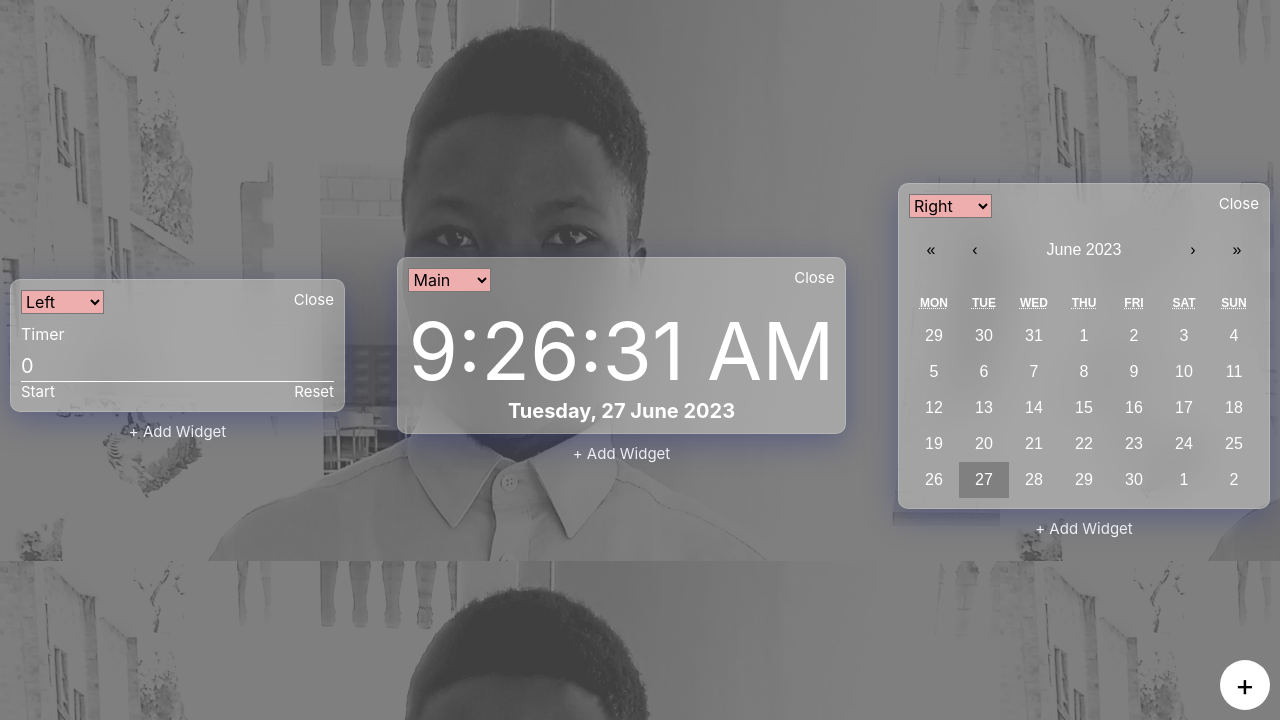
Repository: Angera-Silas/Planner-app
Page: /
An editor plug-in stored every save of this project. The page is shown before and after the next save, followed by the edit.
The browser window is 1280 px wide. The pictures show the whole page.
The project was rebuilt for these pictures with package versions that can differ from the ones it lists, and the page was loaded fresh each time. Also part of the build but not shown: src/widgets/ReminderListWidget.js, src/modals/WidgetGalleryModal.js.

Above is the page before, as saved 2023-06-27 16:26:51.

### src/index.css
body {
  margin: 0;
  font-family: -apple-system, BlinkMacSystemFont, 'Segoe UI', 'Roboto', 'Oxygen',
    'Ubuntu', 'Cantarell', 'Fira Sans', 'Droid Sans', 'Helvetica Neue',
    sans-serif;
  -webkit-font-smoothing: antialiased;
  -moz-osx-font-smoothing: grayscale;
}

code {
  font-family: source-code-pro, Menlo, Monaco, Consolas, 'Courier New',
    monospace;
}
*,
*::before,
*::after {
 box-sizing: border-box;
}

img,
svg,
video,
canvas,
audio,
iframe,
embed,
object {
 display: block;
 max-width: 100%;
}

input,
button,
textarea,
select {
 font: inherit;
 color: black;
}

* {
 margin: 0;
 padding: 0;
 box-sizing: border-box;
 font: inherit;
 color: white;
}

/* width */
::-webkit-scrollbar {
 width: 10px;
}

/* Track */
::-webkit-scrollbar-track {
 background: #363636;
}

/* Handle */
::-webkit-scrollbar-thumb {
 background: #777;
}

/* Handle on hover */
::-webkit-scrollbar-thumb:hover {
 background: #1e1e1e;
}

### src/App.js
import React, { useState } from 'react';
import './App.css';
import ClockWidget from './widgets/ClockWidget';
import WidgetGalleryModal from './modals/WidgetGalleryModal';
import Draggable from 'react-draggable';
import TimerWidget from './widgets/TimerWidget';
import CalendarWidget from './widgets/CalendarWidget';
import MyCustomWidget from './widgets/MyCustomWidget';

function App() {
 const [widgets, setWidgets] = useState([
  { id: new Date().getTime(), component: <ClockWidget />, area: 'main-widget', name: "Date and Time" },
  { id: new Date().getTime() + 2, component: <CalendarWidget />, area: 'right-widget', name: "Calendar" },
  { id: new Date().getTime() + 1, component: <TimerWidget />, area: 'left-widget', name:"Timer" },
  { id: new Date().getTime(),component: <MyCustomWidget/>,area:'main'}
 ])
 const [showWidgetModal, setShowWidgetModal] = useState(false)
 const [selectedWidgetArea, setSelectedWidgetArea] = useState('')

 const removeWidget = (index) => {
  try {
   setWidgets(widgets.filter(widget => widget.id !== index))
  } catch (error) {
   console.log(error)
  }
 }

 return (
  <>
   {showWidgetModal && <WidgetGalleryModal setShowWidgetModal={setShowWidgetModal} selectedWidgetArea={selectedWidgetArea} widgets={widgets} setWidgets={setWidgets} />}
   <div className="add-button"
    onClick={() => {
     console.log('add button clicked')
     setShowWidgetModal(true)
     setSelectedWidgetArea('none-widget')
    }}
   >
    <p
     className='add-widget-button'
     style={{ background: "none", border: "none", color: "black", fontSize: "30px", cursor: "pointer", backgroundColor: "white", borderRadius: "50%", width: "50px", display: "flex", justifyContent: "center", alignItems: "center", height: "50px", position: "fixed", bottom: "10px", right: "10px" }}
    >+</p>
   </div>
   <div className='none-widget' >
    {widgets.length > 0 && widgets.map((widget, index) => {
     if (widget.area === 'none-widget') {
      return (
       <Draggable>
            <div style={{ padding: 10,}} className='widget-container' >
             <div style={{ marginBottom: 10 }}>
              <select value={widget.area}
               onChange={(e) => {
                let widgetList = [...widgets]
                widgetList[index].area = e.target.value
                setWidgets(widgetList)
               }}
              >
               <option value="none-widget">Floating</option>
               <option value="left-widget">Left</option>
               <option value="main-widget">Main</option>
               <option value="right-widget">Right</option>
              </select>
              <button
               onClick={() => {
                removeWidget(widget.id)
               }}
               style={{ background: "none", border: "none", color: "white", fontSize: "15px", cursor: "pointer", float: "right" }}
              >Close</button>
             </div>
             {widget.component}
            </div>
       </Draggable>
      )
     }
    })}
   </div>
   <div className="App">
    <div className="container">
     <div className='left-widget'>
      {widgets.length > 0 && widgets.map((widget, index) => {
       if (widget.area === 'left-widget') {
        return (
         <div style={{ padding: 10,}} className='widget-container'>
          <div style={{ marginBottom: 10 }}>
           <select value={widget.area}
            onChange={(e) => {
             let widgetList = [...widgets]
             widgetList[index].area = e.target.value
             setWidgets(widgetList)
            }}
           >
            <option value="none-widget">Floating</option>
            <option value="left-widget">Left</option>
            <option value="main-widget">Main</option>
            <option value="right-widget">Right</option>
           </select>
           <button
            onClick={() => {
             removeWidget(widget.id)
            }}
            style={{ background: "none", border: "none", color: "white", fontSize: "15px", cursor: "pointer", float: "right" }}
           >Close</button>
          </div>
          {widget.component}
         </div>
        )
       }
      })}
      {widgets.filter(widget => widget.area === 'left-widget').length < 3 && widgets.filter(widget => widget.area === 'left-widget').length > 0 &&
       <button
        className='add-widget-button'
        onClick={() => {
         setShowWidgetModal(true)
         setSelectedWidgetArea('left-widget')
        }}>+ Add Widget</button>
      }
     </div>
     <div className='main-widget'>
      {widgets.length > 0 && widgets.map((widget, index) => {
       if (widget.area === 'main-widget') {
        return (
         <div style={{ padding: 10,}} className='widget-container' >
          <div style={{ marginBottom: 10 }}>
           <select value={widget.area}
            onChange={(e) => {
             let widgetList = [...widgets]
             widgetList[index].area = e.target.value
             setWidgets(widgetList)
            }}
           >
            <option value="none-widget">Floating</option>
            <option value="left-widget">Left</option>
            <option value="main-widget">Main</option>
            <option value="right-widget">Right</option>
           </select>
           <button
            onClick={() => {
             removeWidget(widget.id)
            }}
            style={{ background: "none", border: "none", color: "white", fontSize: "15px", cursor: "pointer", float: "right" }}
           >Close</button>
          </div>
          {widget.component}
         </div>
        )
       }
      })}
      {widgets.filter(widget => widget.area === 'main-widget').length < 2 &&
       <button
        className='add-widget-button'
        onClick={() => {
         setShowWidgetModal(true)
         setSelectedWidgetArea('main-widget')
        }}>+ Add Widget</button>
      }
     </div>
     <div className='right-widget'>
      {widgets.length > 0 && widgets.map((widget, index) => {
       if (widget.area === 'right-widget') {
        return (
         <div style={{ padding: 10,}} className='widget-container'>
          <div style={{ marginBottom: 10 }}>
           <select value={widget.area}
            onChange={(e) => {
             let widgetList = [...widgets]
             widgetList[index].area = e.target.value
             setWidgets(widgetList)
            }}
           >
            <option value="none-widget">Floating</option>
            <option value="left-widget">Left</option>
            <option value="main-widget">Main</option>
            <option value="right-widget">Right</option>
           </select>
           <button
            onClick={() => {
             removeWidget(widget.id)
            }}
            style={{ background: "none", border: "none", color: "white", fontSize: "15px", cursor: "pointer", float: "right" }}
           >Close</button>
          </div>
          {widget.component}
         </div>
        )
       }
      })}
      {widgets.filter(widget => widget.area === 'right-widget').length < 3 && widgets.filter(widget => widget.area === 'right-widget').length > 0 &&
       <button
        className='add-widget-button'
        onClick={() => {
         setShowWidgetModal(true)
         setSelectedWidgetArea('right-widget')
        }}>+ Add Widget</button>
      }
     </div>
    </div>
   </div>
  </>
 )
}

export default App;

### src/App.css
.App {
  background: url("background.jpg");
  height: 100vh;
  display: flex;
  justify-content: flex-start;
  align-items: center;

}

.container {
  display: flex;
  flex-direction: row;
  align-items: flex-start;
  justify-content: space-between;
  gap: 10px;
  width: 100vw;
  padding: 10px;
  max-height: 100vh;
  height: 100%;

}

.item {
  background-color: rgba(255, 255, 255, 0.8);
  border: 1px solid rgba(0, 0, 0);
  padding: 20px;
  font-size: 30px;
  text-align: center;
}

.time {
  font-size: 80px;
  color: white;
  text-align: center;
}

.date {
  font-size: 20px;
  color: white;
  text-align: center;
  font-weight: bold;
}

.add-widget-button {
  background-color: transparent;
  color: white;
  border: none;
  font-size: 15px;
  text-align: center;
  cursor: pointer;
}

.add-widget-button:hover {
  color: #1e1e1e;
}

.right-widget,
.left-widget,
.main-widget {
  display: flex;
  justify-content: center;
  align-items: center;
  flex-direction: column;
  gap: 10px;
  height: 100%;
  max-width: 500px;
}

.none-widget {
  position: fixed;
  /* height: 100vh;
  width: 100vw; */
  top: 0px;
  left: 0px;
}

select {
 background-color: #efaeae;
}

/* Modal */
.modal {
  position: fixed;
  z-index: 1;
  padding-top: 100px;
  left: 0;
  top: 0;
  width: 100vw;
  height: 100vh;
  overflow: auto;
  background-color: rgb(0, 0, 0, 0.4);
}

.modal-content {
  background-color: #183A37;
  margin: auto;
  padding: 20px;
  width: 50%;
  max-height: 50vh;
  overflow: scroll;
}

.modal-header {
  display: flex;
  justify-content: space-between;
  align-items: flex-start;
}

.modal-header h2 {
  color: white;
  font-weight: bold;
  font-size: 25px;
}

.row {
  display: flex;
  justify-content: space-between;
  align-items: center;
  gap: 10px;
}

.widget-gallery-item {
  color: black;
  border: 1px solid white;
  padding: 10px;
  margin-bottom: 10px;
}

.text-input {
  outline: none;
  border: none;
  border-bottom: 1px solid white;
  width: 100%;
  background-color: transparent;
  color: white;
  font-size: 20px;
  margin-top: 10px;
  padding-bottom: 3px;
}

.widget-container {
  background: rgba(255, 255, 255, 0.3);
  box-shadow: 0 8px 32px 0 rgba(31, 38, 135, 0.37);
  backdrop-filter: blur(20px);
  -webkit-backdrop-filter: blur(20px);
  border-radius: 10px;
  border: 1px solid rgba(255, 255, 255, 0.18);

}

.widget-gallery-item-name{
  font-size: 20px;
  font-weight: bold;
  margin-bottom: 10px;
}

### src/widgets/ClockWidget.js
import React, { useEffect, useState } from 'react'

export default function ClockWidget() {
  const [time, setTime] = useState(new Date().toLocaleTimeString())
  const [date, setDate] = useState(new Date())
  useEffect(() => {
    const interval = setInterval(() => {
      setTime(new Date().toLocaleTimeString())
      setDate(new Date())
    }, 1000)
    return () => clearInterval(interval)
  }, [])

  const tidyDate = (date) => {
    const dateArray = date
    const day = dateArray.getDay()
    const dateNumber = dateArray.getDate()
    const month = dateArray.getMonth() + 1
    const year = dateArray.getFullYear()

    const days = ['Sunday', 'Monday', 'Tuesday', 'Wednesday', 'Thursday', 'Friday', 'Saturday']
    const months = ['January', 'February', 'March', 'April', 'May', 'June', 'July', 'August', 'September', 'October', 'November', 'December']

    return `${days[day]}, ${dateNumber} ${months[month - 1]} ${year}`

  }

  return (
    <div>
      <p className='time'>{time}</p>
      <p className='date'>{tidyDate(date)}</p>
    </div>
  )
}

### src/widgets/TimerWidget.js
import React, { useEffect, useState } from 'react'

export default function TimerWidget() {
  const [timerListData, setTimerListData] = useState({
    time: 0,
    isRunning: false,
  })

  const tidyTime = (time) => {
    let hours = Math.floor(time / 3600)
    let minutes = Math.floor((time - (hours * 3600)) / 60)
    let seconds = time - (hours * 3600) - (minutes * 60)

    if (hours < 10) { hours = "0" + hours }
    if (minutes < 10) { minutes = "0" + minutes }
    if (seconds < 10) { seconds = "0" + seconds }

    return hours + ':' + minutes + ':' + seconds
  }

  useEffect(() => {
    // timer logic
    let interval = null
    if (timerListData.isRunning && timerListData.time > 0) {
      interval = setInterval(() => {
        setTimerListData({
          ...timerListData,
          time: parseInt(timerListData.time) - 1,
        })
      }, 1000)
    } else if (!timerListData.isRunning && timerListData.time !== 0) {
      setTimerListData({
        ...timerListData,
        isRunning: false,
      })
      clearInterval(interval)
    } else if (timerListData.isRunning && timerListData.time === 0) {
      setTimerListData({
        ...timerListData,
        isRunning: false,
      })
      clearInterval(interval)
      alert('Timer is up!')
    }

      return () => clearInterval(interval)
  }, [timerListData.isRunning, timerListData.time])

  return (
    <div style={{ minWidth: 300 }}>
      <div style={{ display: "flex", justifyContent: "space-between", alignItems: "row" }}>
        <p>Timer</p>
      </div>
      <div className='timer-container'>
        <div className='timer-display'>
          {timerListData.isRunning ?
            <p style={{ textAlign: "center", fontWeight: "bold", fontSize: 20 }}>{tidyTime(timerListData.time)}</p>
            :
            <input type="text" className='text-input' value={timerListData.time} onChange={(e) => {
              setTimerListData({
                ...timerListData,
                time: e.target.value,
              })
            }} />
          }
        </div>
        <div className='timer-controls' style={{ display: "flex", justifyContent: "space-between", alignItems: "center", }}>
          <button
            style={{
              background: "none",
              border: "none",
              color: "white",
              fontSize: "15px",
              cursor: "pointer",
            }}
            onClick={() => {
              setTimerListData({
                ...timerListData,
                isRunning: !timerListData.isRunning,
              })
            }}
          >{timerListData.isRunning ? 'Stop' : 'Start'}</button>
          <button
            style={{
              background: "none",
              border: "none",
              color: "white",
              fontSize: "15px",
              cursor: "pointer",
            }}
            onClick={() => {
              setTimerListData({
                ...timerListData,
                time: 0,
              })
            }}
          >Reset</button>
        </div>
      </div>
    </div>
  )
}

### src/styles/styles.css
.react-calendar {
  width: 350px;
  max-width: 100%;
  background: transparent;
  font-family: Arial, Helvetica, sans-serif;
  line-height: 1.125em;
}

.react-calendar--doubleView {
  width: 700px;
}

.react-calendar--doubleView .react-calendar__viewContainer {
  display: flex;
  margin: -0.5em;
}

.react-calendar--doubleView .react-calendar__viewContainer > * {
  width: 50%;
  margin: 0.5em;
}

.react-calendar,
.react-calendar *,
.react-calendar *:before,
.react-calendar *:after {
  -moz-box-sizing: border-box;
  -webkit-box-sizing: border-box;
  box-sizing: border-box;
}

.react-calendar button {
  margin: 0;
  border: 0;
  outline: none;
}

.react-calendar button:enabled:hover {
  cursor: pointer;
}

.react-calendar__navigation {
  display: flex;
  height: 44px;
  margin-bottom: 1em;
}

.react-calendar__navigation button {
  min-width: 44px;
  background: none;
}

.react-calendar__navigation button:disabled {
  background-color: #f0f0f0;
}

.react-calendar__navigation button:enabled:hover,
.react-calendar__navigation button:enabled:focus {
  background-color: #e6e6e6;
}

.react-calendar__month-view__weekdays {
  text-align: center;
  text-transform: uppercase;
  font-weight: bold;
  font-size: 0.75em;
}

.react-calendar__month-view__weekdays__weekday {
  padding: 0.5em;
}

.react-calendar__month-view__weekNumbers .react-calendar__tile {
  display: flex;
  align-items: center;
  justify-content: center;
  font-size: 0.75em;
  font-weight: bold;
}

.react-calendar__month-view__days__day--weekend {
  color: #d10000;
}

.react-calendar__month-view__days__day--neighboringMonth {
  color: #757575;
}

.react-calendar__year-view .react-calendar__tile,
.react-calendar__decade-view .react-calendar__tile,
.react-calendar__century-view .react-calendar__tile {
  padding: 2em 0.5em;
}

.react-calendar__tile {
  max-width: 100%;
  padding: 10px 6.6667px;
  background: none;
  text-align: center;
  line-height: 16px;
}

.react-calendar__tile:disabled {
  background-color: #f0f0f0;
}

.react-calendar__tile:enabled:hover,
.react-calendar__tile:enabled:focus {
  background-color: #e6e6e6;
}

.react-calendar__tile--now {
  background: gray;
}

.react-calendar__tile--now:enabled:hover,
.react-calendar__tile--now:enabled:focus {
  background: gray;
}

.react-calendar__tile--hasActive {
  background: #76baff;
}

.react-calendar__tile--hasActive:enabled:hover,
.react-calendar__tile--hasActive:enabled:focus {
  background: #a9d4ff;
}

.react-calendar__tile--active {
  background: #006edc;
  color: white;
}

.react-calendar__tile--active:enabled:hover,
.react-calendar__tile--active:enabled:focus {
  background: #1087ff;
}

.react-calendar--selectRange .react-calendar__tile--hover {
  background-color: #e6e6e6;
}

### src/widgets/MyCustomWidget.js
import React, { useEffect, useState } from 'react'

export default function MyCustomWidget() {

  return (
    <div>

    </div>
  )
}

Loaded but not shown: public/index.html (common file); src/index.js (common file); src/reportWebVitals.js (common file); src/widgets/CalendarWidget.js (common file)

After the next save:
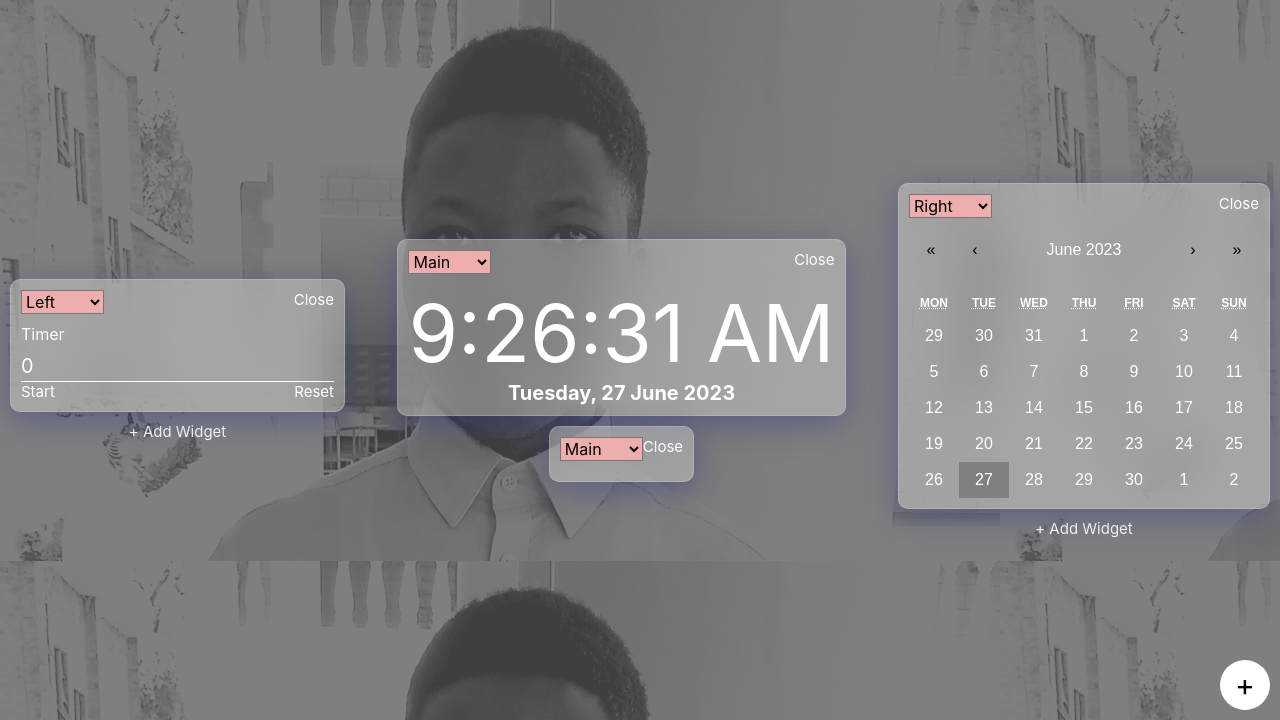
Saved 5 s later.
--- a/src/App.js
+++ b/src/App.js
@@ -12,7 +12,7 @@ function App() {
   { id: new Date().getTime(), component: <ClockWidget />, area: 'main-widget', name: "Date and Time" },
   { id: new Date().getTime() + 2, component: <CalendarWidget />, area: 'right-widget', name: "Calendar" },
   { id: new Date().getTime() + 1, component: <TimerWidget />, area: 'left-widget', name:"Timer" },
-  { id: new Date().getTime(),component: <MyCustomWidget/>,area:'main'}
+  { id: new Date().getTime(),component: <MyCustomWidget/>,area:'main-widget'}
  ])
  const [showWidgetModal, setShowWidgetModal] = useState(false)
  const [selectedWidgetArea, setSelectedWidgetArea] = useState('')
